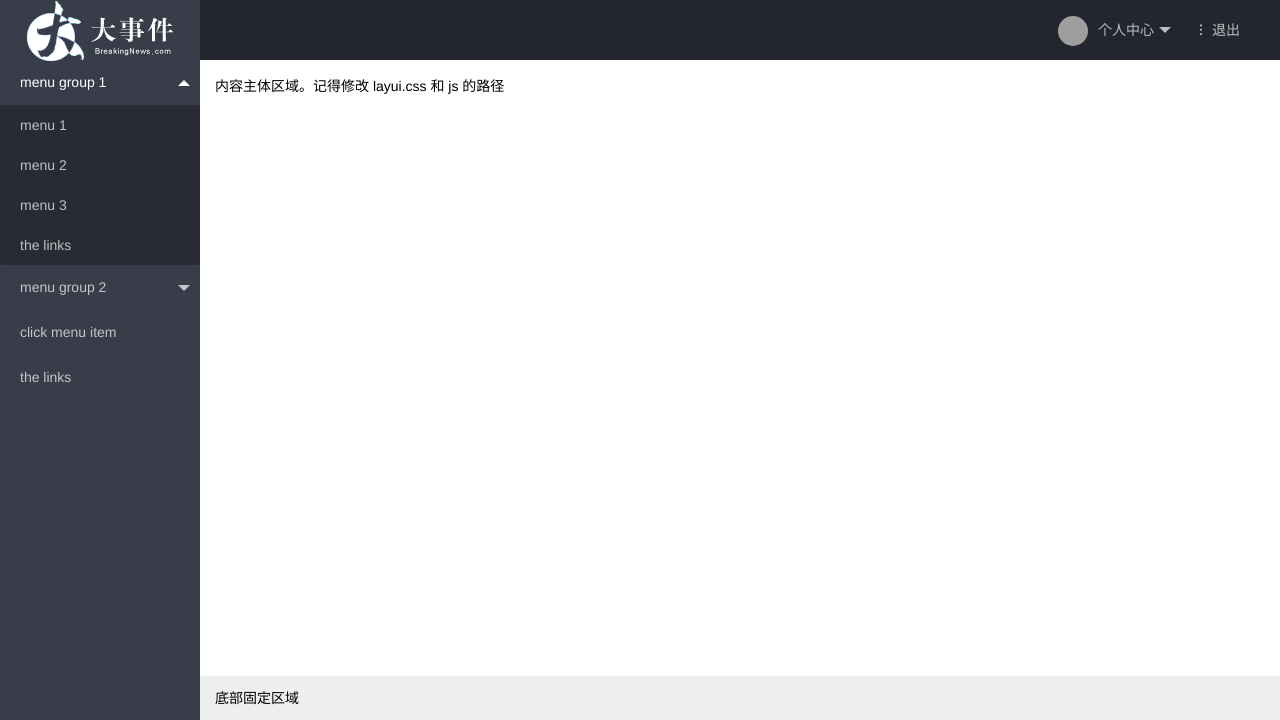
Repository: Janshen111/web_bigevent
Page: index.html
The author's editor kept a copy of each file at every save. The page is drawn from the files as they stood at one save, then again after the next save.
The browser window is 1280 px wide. The pictures show the whole page.
Pictures or frames that could not be fetched are drawn as grey boxes.

Above is the page before, as saved 2022-08-31 15:21:48.

### index.html
<!DOCTYPE html>
<html lang="en">

<head>
    <meta charset="UTF-8">
    <meta http-equiv="X-UA-Compatible" content="IE=edge">
    <meta name="viewport" content="width=device-width, initial-scale=1.0">
    <title>Document</title>
    <!-- 导入laYui的样式 -->
    <link rel="stylesheet" href="./assets/lib/layui/css/layui.css">
    <script src=""></script>
</head>

<body>
    <div class="layui-layout layui-layout-admin">
        <div class="layui-header">
            <div class="layui-logo layui-hide-xs layui-bg-black">
                <img src="./assets/images/logo.png" alt="" />
            </div>
            <!-- 头部区域（可配合layui 已有的水平导航） -->
            <dl class="layui-nav-child">
                <dd><a href="">menu 11</a></dd>
                <dd><a href="">menu 22</a></dd>
                <dd><a href="">menu 33</a></dd>
            </dl>
            </li>
            </ul>
            <ul class="layui-nav layui-layout-right">
                <li class="layui-nav-item layui-hide layui-show-md-inline-block">
                    <a href="javascript:;">
                        <img src="//tva1.sinaimg.cn/crop.0.0.118.118.180/5db11ff4gw1e77d3nqrv8j203b03cweg.jpg" class="layui-nav-img">个人中心
                    </a>
                    <dl class="layui-nav-child">
                        <dd><a href="">基本资料</a></dd>
                        <dd><a href="">更换头像</a></dd>
                        <dd><a href="">重置密码</a></dd>
                    </dl>
                </li>
                <li class="layui-nav-item">
                    <a href="javascript:;">
                        <i class="layui-icon layui-icon-more-vertical"></i> 退出
                    </a>
                </li>
            </ul>
        </div>

        <div class="layui-side layui-bg-black">
            <div class="layui-side-scroll">
                <!-- 左侧导航区域（可配合layui已有的垂直导航） -->
                <ul class="layui-nav layui-nav-tree" lay-filter="test">
                    <li class="layui-nav-item layui-nav-itemed">
                        <a class="" href="javascript:;">menu group 1</a>
                        <dl class="layui-nav-child">
                            <dd><a href="javascript:;">menu 1</a></dd>
                            <dd><a href="javascript:;">menu 2</a></dd>
                            <dd><a href="javascript:;">menu 3</a></dd>
                            <dd><a href="">the links</a></dd>
                        </dl>
                    </li>
                    <li class="layui-nav-item">
                        <a href="javascript:;">menu group 2</a>
                        <dl class="layui-nav-child">
                            <dd><a href="javascript:;">list 1</a></dd>
                            <dd><a href="javascript:;">list 2</a></dd>
                            <dd><a href="">超链接</a></dd>
                        </dl>
                    </li>
                    <li class="layui-nav-item"><a href="javascript:;">click menu item</a></li>
                    <li class="layui-nav-item"><a href="">the links</a></li>
                </ul>
            </div>
        </div>

        <div class="layui-body">
            <!-- 内容主体区域 -->
            <div style="padding: 15px;">内容主体区域。记得修改 layui.css 和 js 的路径</div>
        </div>

        <div class="layui-footer">
            <!-- 底部固定区域 -->
            底部固定区域
        </div>
    </div>
    <!-- 导入laYui的JS文件 -->
    <script src="./assets/lib/layui/layui.all.js"></script>
</body>

</html>

Loaded but not shown: assets/lib/layui/css/layui.css (library); assets/lib/layui/layui.all.js (library); assets/lib/layui/css/modules/laydate/default/laydate.css (library); assets/lib/layui/css/modules/layer/default/layer.css (library); assets/lib/layui/css/modules/code.css (common file)

After the next save:
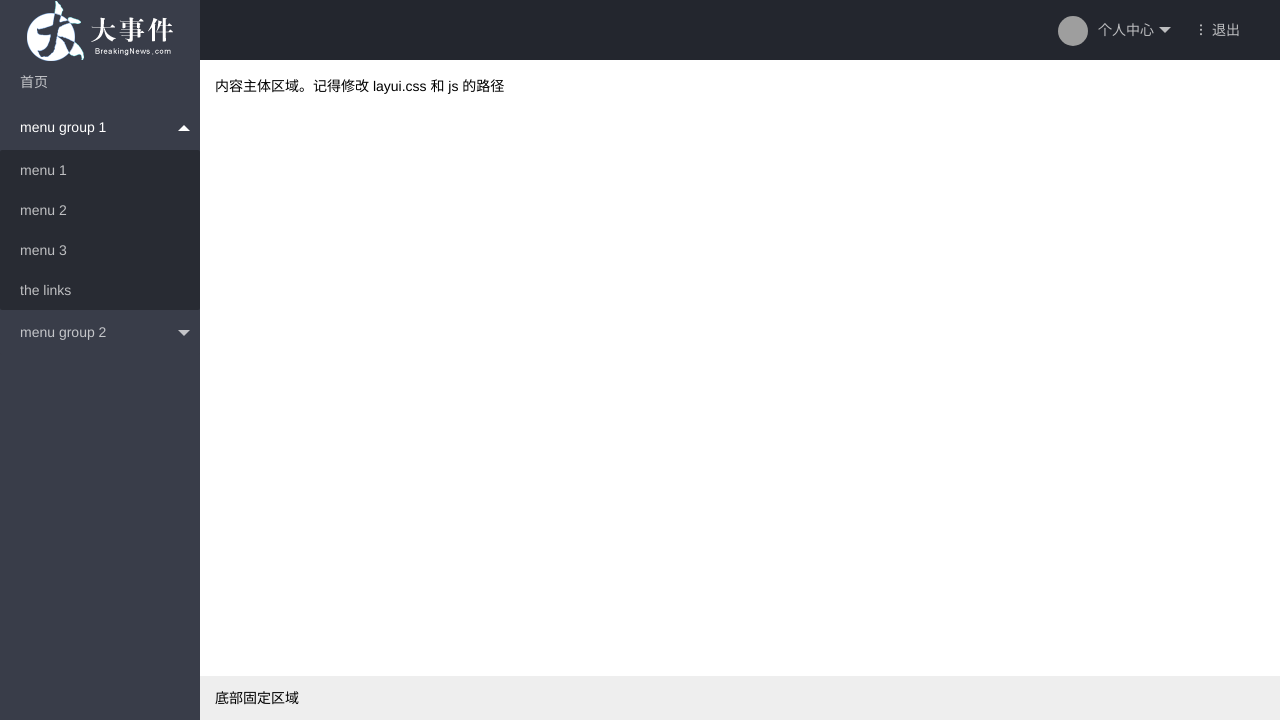
Saved 5 min 47 s later.
--- a/index.html
+++ b/index.html
@@ -48,6 +48,7 @@
             <div class="layui-side-scroll">
                 <!-- 左侧导航区域（可配合layui已有的垂直导航） -->
                 <ul class="layui-nav layui-nav-tree" lay-filter="test">
+                    <li class="layui-nav-item"><a href="javascript:;">首页</a></li>
                     <li class="layui-nav-item layui-nav-itemed">
                         <a class="" href="javascript:;">menu group 1</a>
                         <dl class="layui-nav-child">
@@ -65,8 +66,6 @@
                             <dd><a href="">超链接</a></dd>
                         </dl>
                     </li>
-                    <li class="layui-nav-item"><a href="javascript:;">click menu item</a></li>
-                    <li class="layui-nav-item"><a href="">the links</a></li>
                 </ul>
             </div>
         </div>
